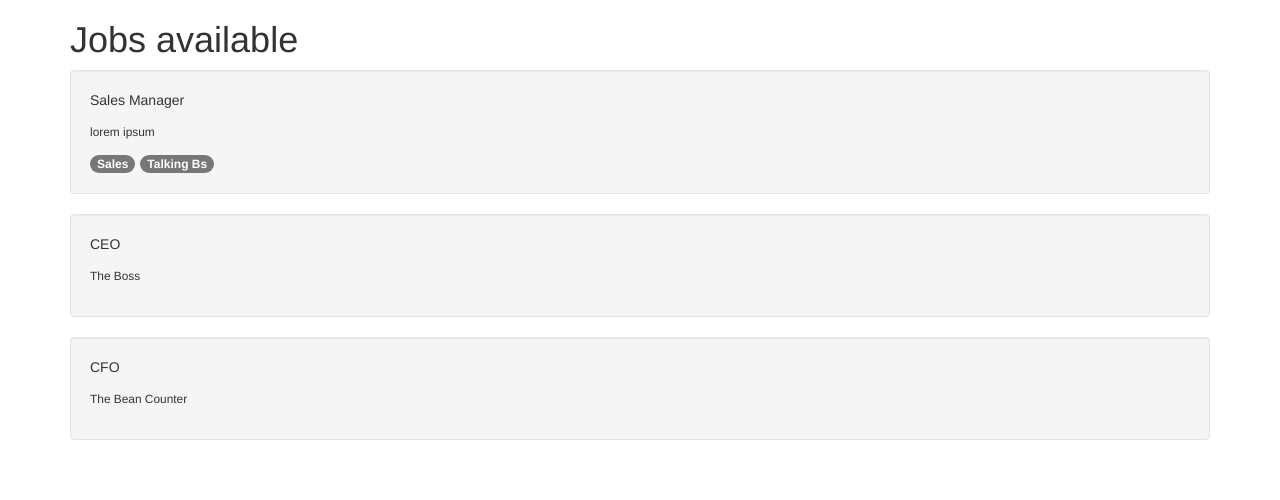
Repository: mturaga/JobsFinderTest
Page: http://localhost/
The author's editor kept a record of every edit. The page is drawn from the files as they stood at one moment, then again after the next edit.
The browser window is 1280 px wide. The pictures show the whole page.
The page is served by the project's Node server (server.js).

Above is the page before.
Console error: SyntaxError: Unexpected token '<'

After the next edit:
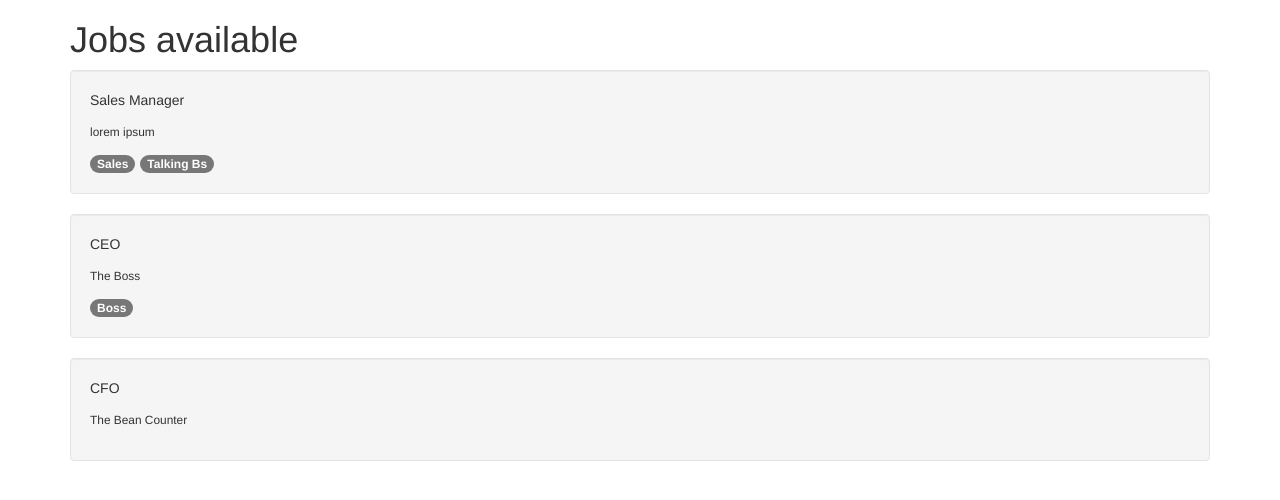
The edit:
--- a/public/app/app.js
+++ b/public/app/app.js
@@ -7,7 +7,8 @@
         tags: ["Sales","Talking Bs"]
     }, {
         title: "CEO",
-        description: "The Boss"
+        description: "The Boss",
+        tags: ["Boss"]
     },{
         title: "CFO",
         description: "The Bean Counter"
